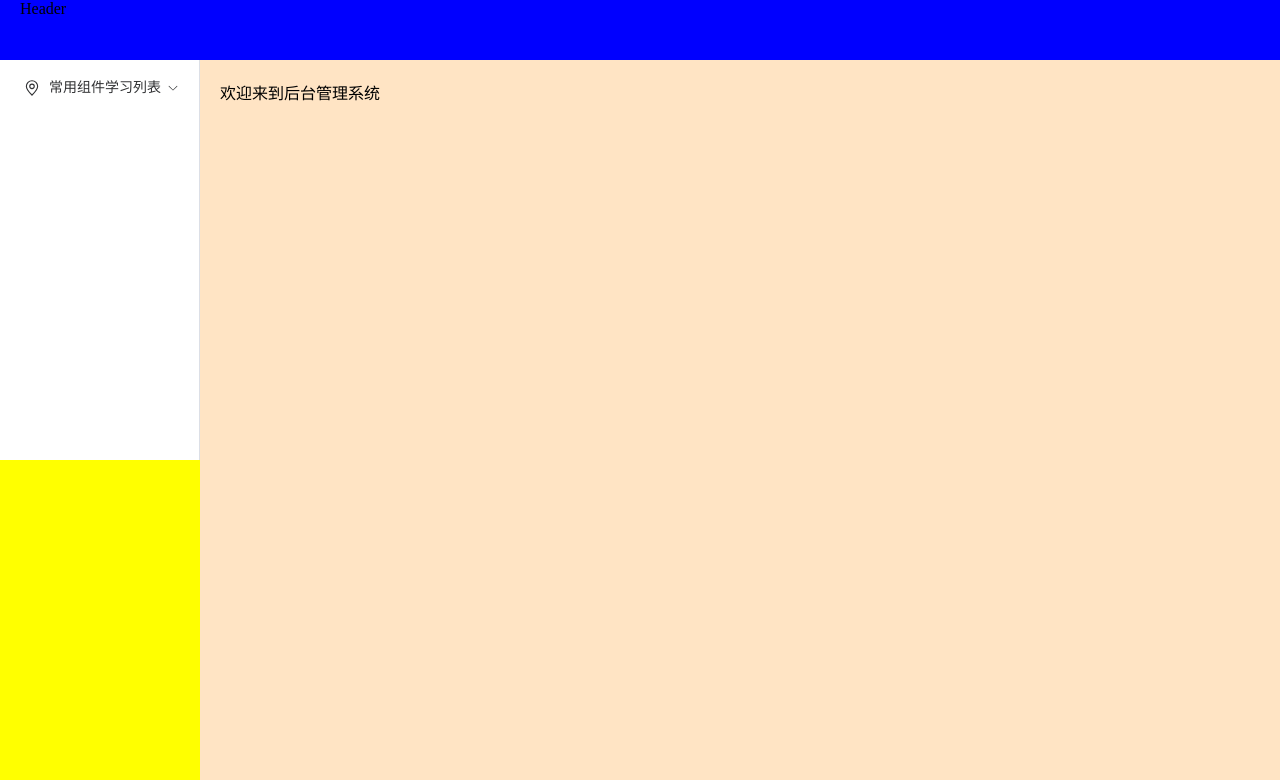
Repository: 553559555/vue3-project
Page: /#/index (app in vue3-app/)
These files come from the project's save history. The page is drawn as it stood at one moment and after the next save; the edit follows.
The browser window is 1280 px wide. The pictures show the whole page.
The project was rebuilt for these pictures with package versions that can differ from the ones it lists, and the page was loaded fresh each time. Also part of the build but not shown: vue3-app/vite.config.ts.

Above is the page before, as saved 2025-03-24 10:06:49.

After the next save:
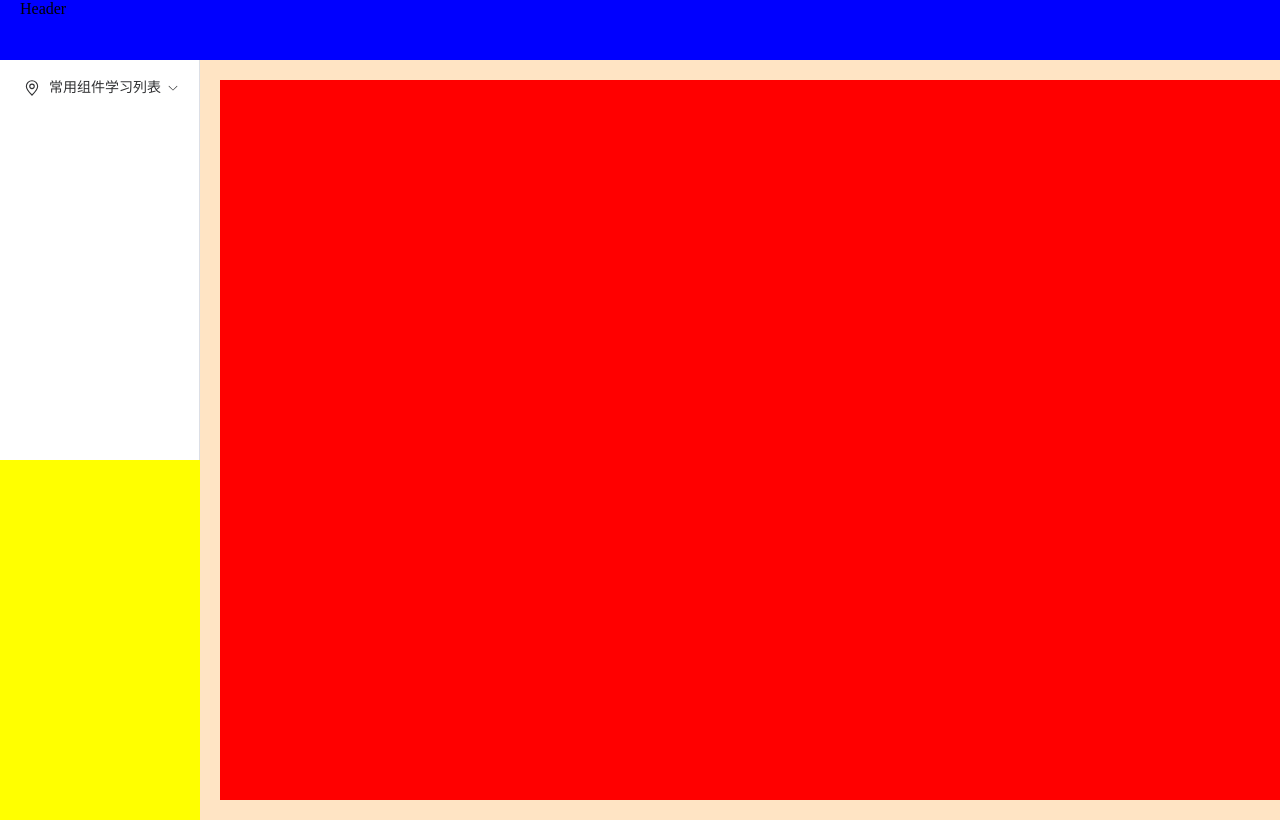
Saved 35 s later.
--- a/vue3-app/src/views/index.vue
+++ b/vue3-app/src/views/index.vue
@@ -7,7 +7,7 @@
             </el-aside>
             <el-main>
                 <router-view>
-                    欢迎来到后台管理系统
+                    <homeEmpty/>
                 </router-view>
             </el-main>
         </el-container>
@@ -18,6 +18,7 @@
 
 import { RouterView } from 'vue-router'
 import HomeLeft from './components/home-left.vue'
+import homeEmpty from './components/home-empty.vue';
 
 </script>
 
